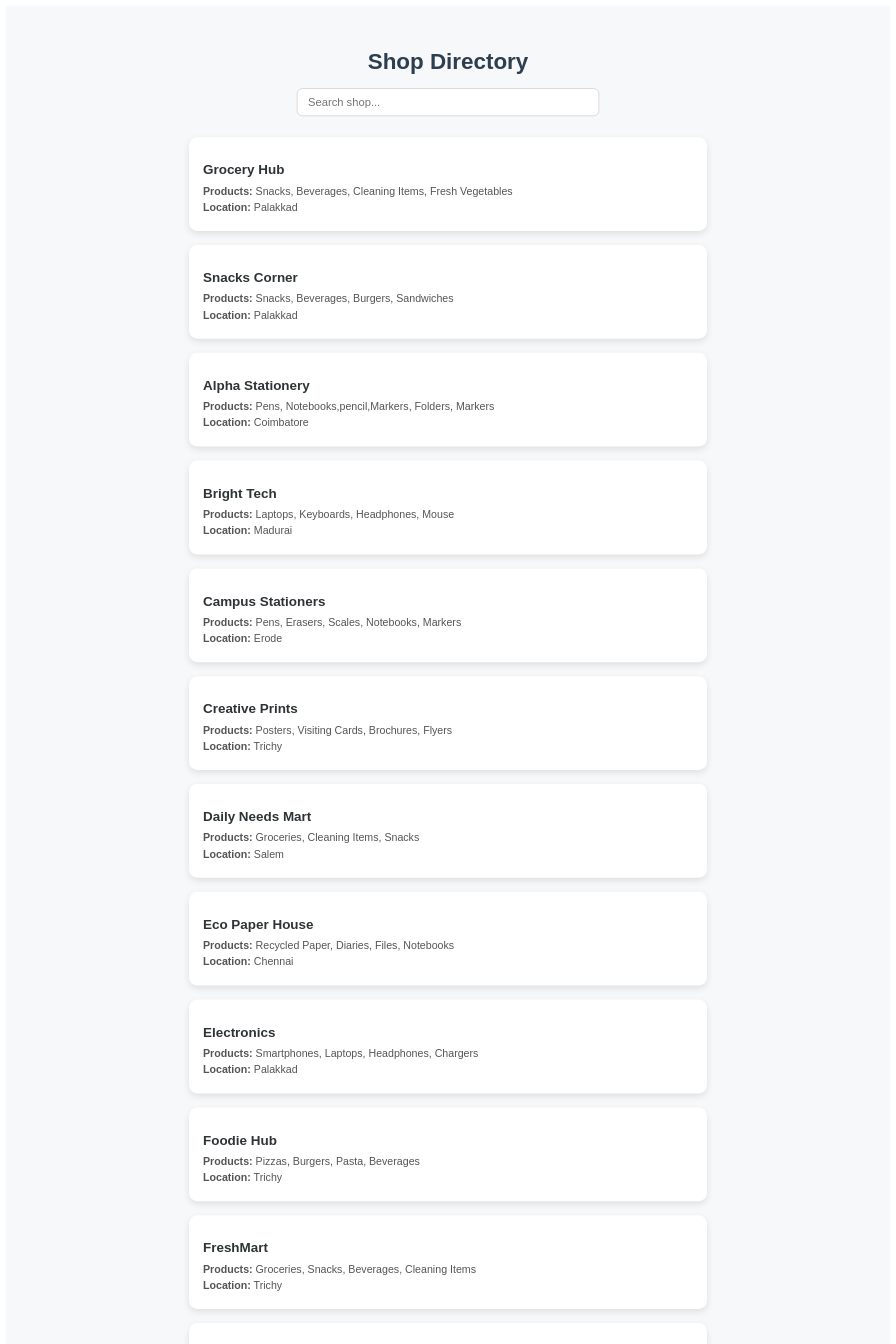
Repository: Pavithra-09git/CarSort
Page: /
These files come from the project's save history. The page is drawn as it stood at one moment and after the next save; the edit follows.
The browser window is 1280 px wide. The pictures show the part of the page from y = 0 to 1920 px (the page is 4842 px tall before and 4863 px after), at 70% of full size.
The project was rebuilt for these pictures with package versions that can differ from the ones it lists, and the page was loaded fresh each time. Also part of the build but not shown: vite.config.js.

Above is the page before, as saved 2025-10-26 12:20:23.

### index.html
<!doctype html>
<html lang="en">
  <head>
    <meta charset="UTF-8" />
    <link rel="icon" type="image/svg+xml" href="/vite.svg" />
    <meta name="viewport" content="width=device-width, initial-scale=1.0" />
    <title>table</title>
  </head>
  <body>
    <div id="root"></div>
    <script type="module" src="/src/main.jsx"></script>
  </body>
</html>

### src/App.jsx
import React, { useState } from "react";
import { shops } from './data';
import "./App.css";

function App() {
  const [search, setSearch] = useState("");

  // Sort alphabetically once
  const sortedShops = [...shops].sort((a, b) => a.name.localeCompare(b.name));

  // Find first shop that matches search
  const filteredShop = sortedShops.find(
    (shop) =>
      shop.name.toLowerCase().includes(search.toLowerCase()) ||
      shop.products.toLowerCase().includes(search.toLowerCase())
  );

  return (
    <div className="container">
      <h1>Shop Directory</h1>

      <input
        type="text"
        placeholder="Search shop..."
        value={search}
        onChange={(e) => setSearch(e.target.value)}
        className="search-box"
      />

      <div className="card-column">
        {search && filteredShop ? (
          // Show only the first matching shop if search is not empty
          <div className="card" key={filteredShop.id}>
            <h2>{filteredShop.name}</h2>
            <p>
              <strong>Products:</strong> {filteredShop.products}
            </p>
            <p>
              <strong>Location:</strong> {filteredShop.location}
            </p>
          </div>
        ) : (
          // Show all shops alphabetically if search is empty
          sortedShops.map((shop) => (
            <div className="card" key={shop.id}>
              <h2>{shop.name}</h2>
              <p>
                <strong>Products:</strong> {shop.products}
              </p>
              <p>
                <strong>Location:</strong> {shop.location}
              </p>
            </div>
          ))
        )}
      </div>
    </div>
  );
}

export default App;

### src/data.js
export const shops = [
  { id: 1, name: "Alpha Stationery", products: "Pens, Notebooks,pencil,Markers, Folders, Markers", location: "Coimbatore" },
  { id: 2, name: "Eco Paper House", products: "Recycled Paper, Diaries, Files, Notebooks", location: "Chennai" },
  { id: 3, name: "Campus Stationers", products: "Pens, Erasers, Scales, Notebooks, Markers", location: "Erode" },
  { id: 4, name: "Paper World", products: "Files, Diaries, Folders, A4 Sheets, Notebooks", location: "Chennai" },
  { id: 5, name: "Office Essentials", products: "Pens, Files, Notebooks, Diaries, Staplers", location: "Madurai" },
  { id: 6, name: "Stationery Hub", products: "Pens, Notebooks, Pencils, Markers", location: "Palakkad" },
  { id: 7, name: "Notebook Planet", products: "Notebooks, Diaries,pencil Folders, Pens", location: "Palakkad" },
  { id: 8, name: "Bright Tech", products: "Laptops, Keyboards, Headphones, Mouse", location: "Madurai" },
  { id: 9, name: "Smart Gadgets Hub", products: "Smartphones, Chargers, Speakers, Headphones", location: "Coimbatore" },
  { id: 10, name: "Techno Zone", products: "Laptops, Mouse, Monitors, Chargers, Keyboards", location: "Trichy" },
  { id: 11, name: "Gadget World", products: "Smartphones, Laptops, Headphones, Speakers, Monitors", location: "Salem" },
  { id: 12, name: "Electronics", products: "Smartphones, Laptops, Headphones, Chargers", location: "Palakkad" },
  { id: 13, name: "Daily Needs Mart", products: "Groceries, Cleaning Items, Snacks", location: "Salem" },
  { id: 14, name: "Green Leaf Grocers", products: "Snacks, Organic Food, Cleaning Items, Vegetables", location: "Coimbatore" },
  { id: 15, name: "Home Essentials", products: "Cleaning Items, Groceries, Snacks, Toiletries", location: "Salem" },
  { id: 16, name: "QuickMart", products: "Groceries, Beverages, Snacks, Household Items", location: "Chennai" },
  { id: 17, name: " Grocery Hub", products: "Snacks, Beverages, Cleaning Items, Fresh Vegetables", location: "Palakkad" },
  { id: 18, name: "FreshMart", products: "Groceries, Snacks, Beverages, Cleaning Items", location: "Trichy" },
  { id: 19, name: "Tasty Treats", products: "Burgers, Pizzas, Sandwiches, Beverages", location: "Chennai" },
  { id: 20, name: "Healthy Bites", products: "Salads, Smoothies, Sandwiches, Juices", location: "Coimbatore" },
  { id: 21, name: "Foodie Hub", products: "Pizzas, Burgers, Pasta, Beverages", location: "Trichy" },
  { id: 22, name: " Snacks Corner", products: "Snacks, Beverages, Burgers, Sandwiches", location: "Palakkad" },
  { id: 23, name: "Snack Attack", products: "Burgers, Sandwiches, Fries, Beverages", location: "Madurai" },
  { id: 24, name: "Knowledge Academy", products: "Books, Stationery, Educational Kits", location: "Madurai" },
  { id: 25, name: "Smart Learning Center", products: "Books, Worksheets, Study Materials, Learning Kits", location: "Coimbatore" },
  { id: 26, name: "Learning Hub", products: "Books, Notebooks, Educational Games, Worksheets", location: "Palakkad" },
  { id: 27, name: "Study Smart", products: "Books, Worksheets, Notebooks, Study Kits", location: "Trichy" },
  { id: 28, name: "Creative Prints", products: "Posters, Visiting Cards, Brochures, Flyers", location: "Trichy" },
  { id: 29, name: "PrintCraft Studio", products: "Brochures, Business Cards, Posters, Flyers, Banners", location: "Coimbatore" },
  { id: 30, name: "Print Hub", products: "Business Cards, Brochures, Posters, Flyers", location: "Palakkad" }
];

### src/App.css
/* Main container */
.container {
  min-height: 100vh;
  background-color: #f7f8fa;
  display: flex;
  flex-direction: column;
  align-items: center;
  padding: 40px 20px;
  font-family: "Poppins", sans-serif;
}

/* Title */
h1 {
  color: #2c3e50;
  margin-bottom: 20px;
  font-size: 2rem;
  text-align: center;
}

/* Search bar */
.search-box {
  width: 100%;
  max-width: 400px;
  padding: 10px 15px;
  border: 1px solid #ccc;
  border-radius: 8px;
  outline: none;
  font-size: 16px;
  transition: 0.3s;
  margin-bottom: 30px;
}

.search-box:focus {
  border-color: #007bff;
  box-shadow: 0 0 5px rgba(0, 123, 255, 0.3);
}

/* Cards vertical layout */
.card-column {
  display: flex;
  flex-direction: column;
  align-items: center;
  gap: 20px;
  width: 100%;
  max-width: 700px;
}

/* Individual card */
.card {
  background-color: white;
  border-radius: 12px;
  box-shadow: 0 4px 10px rgba(0, 0, 0, 0.1);
  width: 100%;
  padding: 20px;
  transition: transform 0.3s ease, box-shadow 0.3s ease;
}

.card:hover {
  transform: translateY(-5px);
  box-shadow: 0 6px 15px rgba(0, 0, 0, 0.15);
}

/* Card text */
.card h2 {
  font-size: 1.2rem;
  color: #2d3436;
  margin-bottom: 10px;
}

.card p {
  font-size: 0.95rem;
  color: #555;
  margin: 6px 0;
}

/* No result text */
.no-result {
  color: #777;
  text-align: center;
  font-size: 1rem;
}

Loaded but not shown: src/main.jsx (common file)

After the next save:
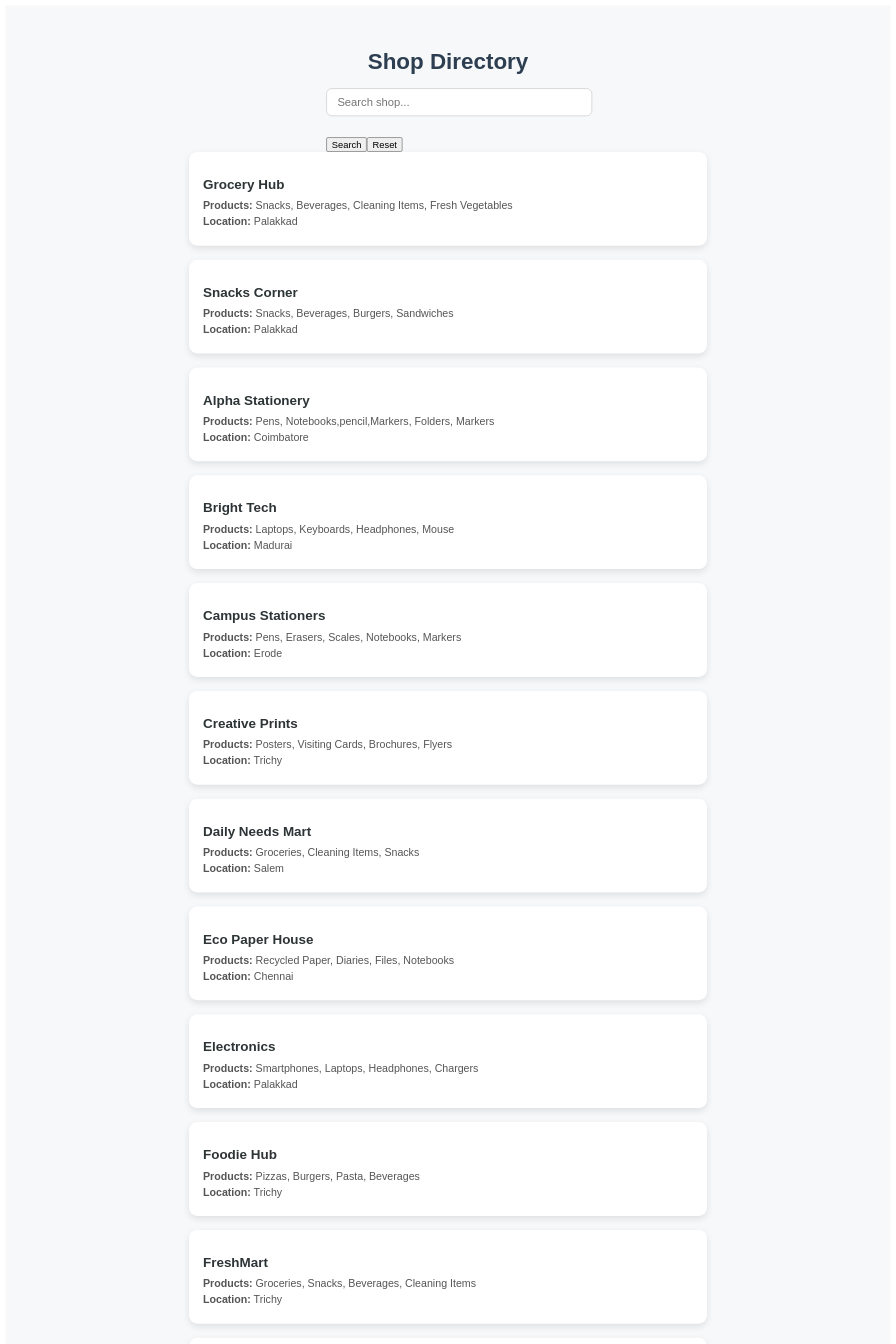
Saved 88 s later.
--- a/src/App.jsx
+++ b/src/App.jsx
@@ -4,52 +4,58 @@ import "./App.css";
 
 function App() {
   const [search, setSearch] = useState("");
+  const [filteredShop, setFilteredShop] = useState(null);
 
-  // Sort alphabetically once
+  // Sort shops alphabetically once
   const sortedShops = [...shops].sort((a, b) => a.name.localeCompare(b.name));
 
-  // Find first shop that matches search
-  const filteredShop = sortedShops.find(
-    (shop) =>
-      shop.name.toLowerCase().includes(search.toLowerCase()) ||
-      shop.products.toLowerCase().includes(search.toLowerCase())
-  );
+  // Handle search button click
+  const handleSearch = () => {
+    const result = sortedShops.find(
+      (shop) =>
+        shop.name.toLowerCase().includes(search.toLowerCase()) ||
+        shop.products.toLowerCase().includes(search.toLowerCase())
+    );
+    setFilteredShop(result);
+  };
+
+  // Optional: Reset search
+  const handleReset = () => {
+    setSearch("");
+    setFilteredShop(null);
+  };
 
   return (
     <div className="container">
       <h1>Shop Directory</h1>
 
-      <input
-        type="text"
-        placeholder="Search shop..."
-        value={search}
-        onChange={(e) => setSearch(e.target.value)}
-        className="search-box"
-      />
+      <div className="search-container">
+        <input
+          type="text"
+          placeholder="Search shop..."
+          value={search}
+          onChange={(e) => setSearch(e.target.value)}
+          className="search-box"
+        />
+        <button onClick={handleSearch} className="search-btn">Search</button>
+        <button onClick={handleReset} className="reset-btn">Reset</button>
+      </div>
 
       <div className="card-column">
-        {search && filteredShop ? (
-          // Show only the first matching shop if search is not empty
+        {filteredShop ? (
+          // Show only the first matching shop after search
           <div className="card" key={filteredShop.id}>
             <h2>{filteredShop.name}</h2>
-            <p>
-              <strong>Products:</strong> {filteredShop.products}
-            </p>
-            <p>
-              <strong>Location:</strong> {filteredShop.location}
-            </p>
+            <p><strong>Products:</strong> {filteredShop.products}</p>
+            <p><strong>Location:</strong> {filteredShop.location}</p>
           </div>
         ) : (
-          // Show all shops alphabetically if search is empty
+          // Show all shops alphabetically if no search or reset
           sortedShops.map((shop) => (
             <div className="card" key={shop.id}>
               <h2>{shop.name}</h2>
-              <p>
-                <strong>Products:</strong> {shop.products}
-              </p>
-              <p>
-                <strong>Location:</strong> {shop.location}
-              </p>
+              <p><strong>Products:</strong> {shop.products}</p>
+              <p><strong>Location:</strong> {shop.location}</p>
             </div>
           ))
         )}
